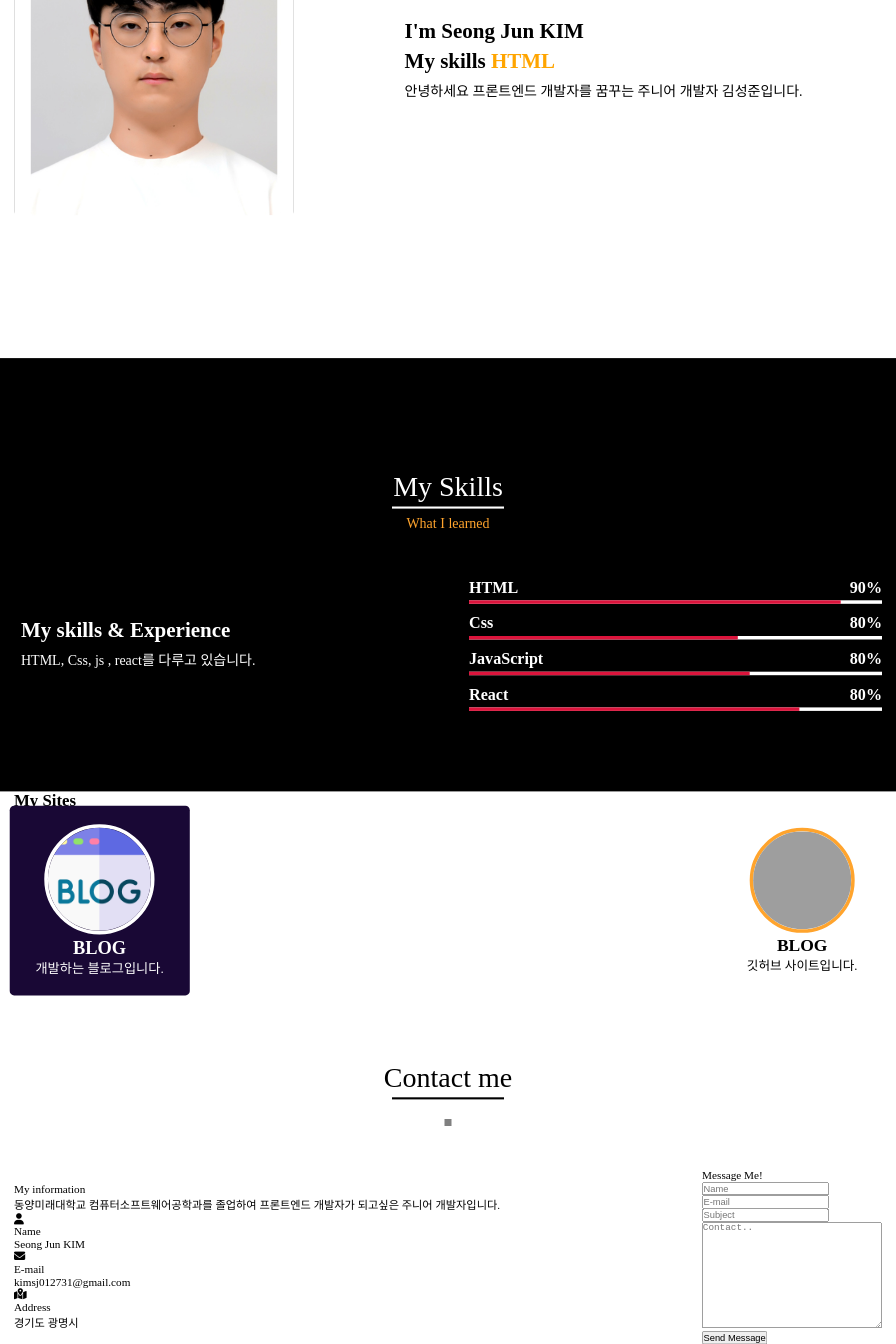
Repository: jun01270/jun
Page: index.html
The author's editor kept a copy of each file at every save. The page is drawn from the files as they stood at one save, then again after the next save.
The browser window is 1280 px wide. The pictures show the part of the page from y = 1172 to 3092 px (the page is 3092 px tall), at 70% of full size.
The pointer rests on the first visible `.my-sites .my-sites-content .site`.
Pictures or frames that could not be fetched are drawn as grey boxes. Some web libraries are served in a nearby version.

Above is the page before, as saved 2023-05-10 17:06:42.

### index.html
<!DOCTYPE html>
<html lang="en">
  <head>
    <meta charset="UTF-8" />
    <meta http-equiv="X-UA-Compatible" content="IE=edge" />
    <meta name="viewport" content="width=device-width, initial-scale=1.0" />
    <link rel="stylesheet" href="./css/style.css" />
    <link rel="stylesheet" href="./css/home.css" />
    <link rel="stylesheet" href="./css/about.css" />
    <link rel="stylesheet" href="./css/skills.css" />
    <link rel="stylesheet" href="./css/mysites.css" />
    <link rel="stylesheet" href="./css/contact.css" />

    <script
      src="https://kit.fontawesome.com/252eac6dbf.js"
      crossorigin="anonymous"
    ></script>
    <title>Jun's site</title>
  </head>
  <body>
    <nav class="navbar">
      <div class="max-width">
        <div class="logo">
          <a href="#home">Jun's <span>Site</span></a>
        </div>
        <ul class="menu-bar">
          <li><a href="#home" class="menu-btn" id="homeID">Home</a></li>
          <li><a href="#about" class="menu-btn" id="homeID">About</a></li>
          <li><a href="#skills" class="menu-btn">Skills</a></li>
          <li><a href="#my-sites" class="menu-btn">My Sties</a></li>
          <li><a href="#contact" class="menu-btn">Contact</a></li>
        </ul>
      </div>
    </nav>

    <!--home섹션-->
    <section class="home" id="home">
      <div class="max-width">
        <div class="home-section">
          <div class="text-1">Hello! My Name is</div>
          <div class="text-2">Seong Jun KIM</div>
          <div class="text-3">My skills <span class="typing1">HTML</span></div>
        </div>
      </div>
    </section>

    <!--about섹션-->
    <section class="about" id="about">
      <div class="max-width">
        <h2 class="title">About</h2>
        <div class="about-content">
          <div class="left-column"><img src="./img/profile.jpg" /></div>
          <div class="right-column">
            <div class="about-text">I'm Seong Jun KIM</div>
            <div class="about-skills">
              My skills <span class="typing2">HTML</span>
            </div>
            <p>
              안녕하세요 프론트엔드 개발자를 꿈꾸는 주니어 개발자 김성준입니다.
            </p>
          </div>
        </div>
      </div>
    </section>

    <!--skills섹션-->
    <section class="skills" id="skills">
      <div class="max-width">
        <h2 class="title">My Skills</h2>
        <div class="skills-content">
          <div class="left-column">
            <div class="skills-text">
              <div class="sub-title">My skills & Experience</div>
              <p>HTML, Css, js , react를 다루고 있습니다.</p>
            </div>
          </div>
          <div class="right-column">
            <div class="bars">
              <div class="bars-content">
                <span>HTML</span>
                <span>90%</span>
              </div>
              <div class="line html"></div>
            </div>
            <div class="bars">
              <div class="bars-content">
                <span>Css</span>
                <span>80%</span>
              </div>
              <div class="line css"></div>
            </div>
            <div class="bars">
              <div class="bars-content">
                <span>JavaScript</span>
                <span>80%</span>
              </div>
              <div class="line js"></div>
            </div>
            <div class="bars">
              <div class="bars-content">
                <span>React</span>
                <span>80%</span>
              </div>
              <div class="line react"></div>
            </div>
          </div>
        </div>
      </div>
    </section>

    <!--My sties섹션-->
    <section class="my-sites">
      <div class="max-width">
        <h2 class="title">My Sites</h2>
        <div class="my-sites-content">
          <div class="left-column">
            <a href="https://web-jun.tistory.com/" target="_blank">
              <div class="site">
                <div class="site-images">
                  <img src="/img/blog.jpg" alt="" />
                  <div class="site-text">BLOG</div>
                  <p>개발하는 블로그입니다.</p>
                </div>
              </div>
            </a>
          </div>
          <div class="right-column">
            <a href="https://github.com/jun01270" target="_blank">
              <div class="site">
                <div class="site-images">
                  <img src="/img/github.jpg" alt="" />
                  <div class="site-text">BLOG</div>
                  <p>깃허브 사이트입니다.</p>
                </div>
              </div>
            </a>
          </div>
        </div>
      </div>
    </section>

    <!--Contact 섹션-->
    <section class="contact">
      <div class="max-width">
        <h2 class="title">Contact me</h2>
        <div class="contact-content">
          <div class="left-column">
            <div class="contact-text">My information</div>
            <p>
              동양미래대학교 컴퓨터소프트웨어공학과를 졸업하여 프론트엔드
              개발자가 되고싶은 주니어 개발자입니다.
            </p>
            <div class="icons-content">
              <i class="fas fa-user"></i>
              <div class="info">
                <div class="head">Name</div>
                <div class="tail">Seong Jun KIM</div>
              </div>
            </div>
            <div class="icons-content">
              <i class="fas fa-envelope"></i>
              <div class="info">
                <div class="head">E-mail</div>
                <div class="tail">kimsj012731@gmail.com</div>
              </div>
            </div>
            <div class="icons-content">
              <i class="fas fa-map-marked-alt"></i>
              <div class="info">
                <div class="head">Address</div>
                <div class="tail">경기도 광명시</div>
              </div>
            </div>
          </div>
          <div class="right-column">
            <div class="contact-text">Message Me!</div>
            <form action="#">
              <div class="fields">
                <div class="fields name">
                  <input type="text" placeholder="Name" />
                </div>
                <div class="fields Email">
                  <input type="email" placeholder="E-mail" />
                </div>
              </div>
              <div class="fields subject">
                <input type="text" placeholder="Subject" />
              </div>
              <div class="fields contact-area">
                <textarea
                  cols="30"
                  rows="10"
                  placeholder="Contact.. "
                  required
                ></textarea>
              </div>
              <div class="button">
                <button type="submit">Send Message</button>
              </div>
            </form>
          </div>
        </div>
      </div>
    </section>

    <!--Footer섹션-->
    <footer></footer>

    <!--JS섹션-->
  </body>
</html>

### css/style.css
@import url("https://fonts.googleapis.com/css2?family=Lora&display=swap");

* {
  margin: 0;
  padding: 0;
  box-sizing: border-box;
  text-decoration: none;
}

.home .about .skills .my-sites .contact {
  padding-top: 86px;
}

html {
  scroll-behavior: smooth;
}

.max-width {
  max-width: 1300px;
  padding: 0 20px;
  margin: auto;
}

.section {
  padding: 100px 0;
}

/* .about, .skills, .my-sites, .contact, .footer{
    //폰트삽입
} */

.about .title,
.skills .title,
.my-site .title,
.contact .title {
  position: relative;
  text-align: center;
  font-size: 40px;
  font-weight: 500;
  margin: 30px 0 100px 0;
  padding-bottom: 8px;
}

.about .title::before,
.skills .title::before,
.my-site .title::before,
.contact .title::before {
  content: "";
  position: absolute;
  bottom: 0px;
  left: 50%;
  width: 160px;
  height: 3px;
  background-color: black;
  transform: translateX(-50%);
}

.title::after {
  content: "";
  position: absolute;
  bottom: -38px;
  left: 50%;
  font-size: 20px;
  color: rgb(255, 164, 45);
  padding: 5px;
  background-color: gray;
  transform: translateX(-50%);
}

.about .about-content,
.skills .skills-content,
.my-sites .my-sites-content,
.contact .contact-content {
  display: flex;
  align-items: center;
  flex-wrap: wrap;
  justify-content: space-between;
}

.navbar {
  position: relative;
  width: 100%;
  padding: 20px 0;
  z-index: 999;
  transition: all 0.3s ease;
  background-color: burlywood;
}

.navbar .max-width {
  display: flex;
  align-items: center;
  justify-content: space-between;
}

.navbar .logo {
  font-size: 30px;
  font-weight: 600;
  margin-left: 20px;
  color: black;
}

.navbar .logo a {
  color: white;
  text-decoration: none;
}

.navbar .logo a span {
  color: orange;
  transition: all 0.3s ease;
}

.navbar .menu-bar li {
  list-style: none;
  margin: 5px 20px 0 0;
  display: inline-block;
}

.navbar .menu-bar li a {
  display: block;
  text-decoration: none;
  font-size: 20px;
  font-weight: 500;
  margin-left: 15px;
  transition: all 0.3s ease;
}

.menu-bar li:hover {
  background-color: orange;
  border-radius: 3px;
}

.navbar.sticky {
  padding: 20px 0;
  background-color: black;
}

.navbar.sticky .logo a span {
  color: white;
}

.navbar.sticky .menu-bar li a:hover {
  color: white;
}

.navbar .menu-btn {
  color: white;
  font-size: 25px;
  display: none;
  cursor: pointer;
}

@media screen and (max-width: 700px) {
  .navbar {
    flex-direction: column;
    align-items: flex-start;
    margin: 0;
  }

  .menu-bar {
    flex-direction: column;
    align-items: center;
    width: 100%;
  }

  .menu-bar li {
    width: 100%;
    text-align: center;
  }
}

### css/home.css
.home {
  display: flex;
  height: 100vh;
  min-height: 500px;
  color: white;
  background: url("../img/back.jpg") no-repeat center;
  background-size: cover;
}

.home .max-width {
  margin: auto 0 auto 40px;
}

.home .home-section .text1 {
  font-size: 30px;
}

.home .home-section .text2 {
  font-size: 75px;
  font-weight: 600;
}

.home .home-section .text-3 {
  font-size: 40px;
}

.home .home-section .text-3 span {
  color: orange;
  font-weight: 500;
}

### css/about.css
.about {
  padding: 100px 0;
  transition: all 0.3s ease;
}

.about .title::after {
  content: "Who I am";
  background-color: white;
}

.about .about-content {
  margin-bottom: 100px;
}

.about .about-content .left-column {
  width: 45%;
}

.about .about-content .left-column img {
  height: 400px;
  width: 400px;
  object-fit: cover;
  border-radius: 6px;
}

.about .about-content .right-column {
  width: 55%;
  margin-bottom: 50px;
}

.about .about-content .right-column .about-text,
.about .about-content .right-column .about-skills {
  font-size: 30px;
  font-weight: 600;
  margin-bottom: 10px;
}

.about .about-content .right-column .about-skills span {
  color: orange;
}

.about .about-content .right-column P {
  text-align: justify;
  font-size: 20px;
}

### css/skills.css
.skills {
  padding: 100px 0;
  transition: all 0.3s ease;
}

.skills .title {
  padding-top: 30px;
}

.skills .title::before {
  background-color: white;
}

.skills .title::after {
  content: "What I learned";
  background-color: black;
}

.skills {
  color: white;
  background-color: black;
  padding-bottom: 100px;
}

.skills .sub-title {
  font-size: 30px;
  font-weight: 600;
  padding-bottom: 10px;
}

.skills .skills-content .left-column,
.skills .skills-content .right-column {
  width: calc(50% - 30px);
}

.skills .skills-content .left-column .skills-text {
  font-size: 23px;
  font-weight: 300;
  margin: 0 0 20px 10px;
  text-align: justify;
}

.skills .skills-content .left-column p {
  font-size: 20px;
}

.skills .skills-content .right-column .bars {
  margin-bottom: 15px;
}

.skills .skills-content .right-column .bars-content {
  display: flex;
  margin-bottom: 5px;
  align-items: center;
  justify-content: space-between;
}

.skills .skills-content span {
  font-size: 23px;
  font-weight: 600;
}

.skills .skills-content .right-column .line {
  height: 5px;
  background-color: white;
  width: 100%;
  position: relative;
}

.skills .skills-content .right-column .line::before {
  content: "";
  position: absolute;
  height: 100%;
  left: 0;
  top: 0;
  background-color: crimson;
}

.skills .skills-content .right-column .html::before {
  width: 90%;
}

.skills .skills-content .right-column .css::before {
  width: 65%;
}

.skills .skills-content .right-column .js::before {
  width: 68%;
}

.skills .skills-content .right-column .react::before {
  width: 80%;
}

### css/mysites.css
.my-sites {
  padding: 100xp 0;
  transition: all 0.3s ease;
}

.my-sites .title::after {
  content: "What Is My Site ";
}

.my-sites .my-sites-content {
  margin-bottom: 100px;
}

.my-sites .my-sites-content .left {
  width: 32%;
}

.my-sites .my-sites-content .center {
  width: 32%;
}

.my-sites .my-sites-content .right {
  width: 32%;
}

.my-sites .my-sites-content a {
  display: flex;
  text-align: center;
  color: black;
}

.my-sites .my-sites-content a,
.my-sites .my-sites-content a:visited,
.my-sites .my-sites-content a:active,
.my-sites .my-sites-content a:hover {
  text-decoration: none;
}

.my-sites .my-sites-content .site {
  background-color: white;
  border-radius: 6px;
  padding: 25px 35px;
  transition: all 0.3s ease;
}

.my-sites .my-sites-content .site img {
  height: 150px;
  width: 150px;
  object-fit: cover;
  border-radius: 50%;
  border: 5px solid rgb(255, 164, 45);
  transition: all 0.3 ease;
}

.my-sites .my-sites-content .site-text {
  font-size: 25px;
  font-weight: 600;
}

.my-sites .my-sites-content p {
  font-size: 18px;
  text-align: justify;
}

.my-sites .my-sites-content .site:hover {
  background-color: rgb(25, 8, 53);
  color: white;
  transform: scale(1.05);
}

.my-sites .my-sites-content .site:hover img {
  border-color: white;
}

Loaded but not shown: css/contact.css (no stored copy; drawn as an empty file)

After the next save:
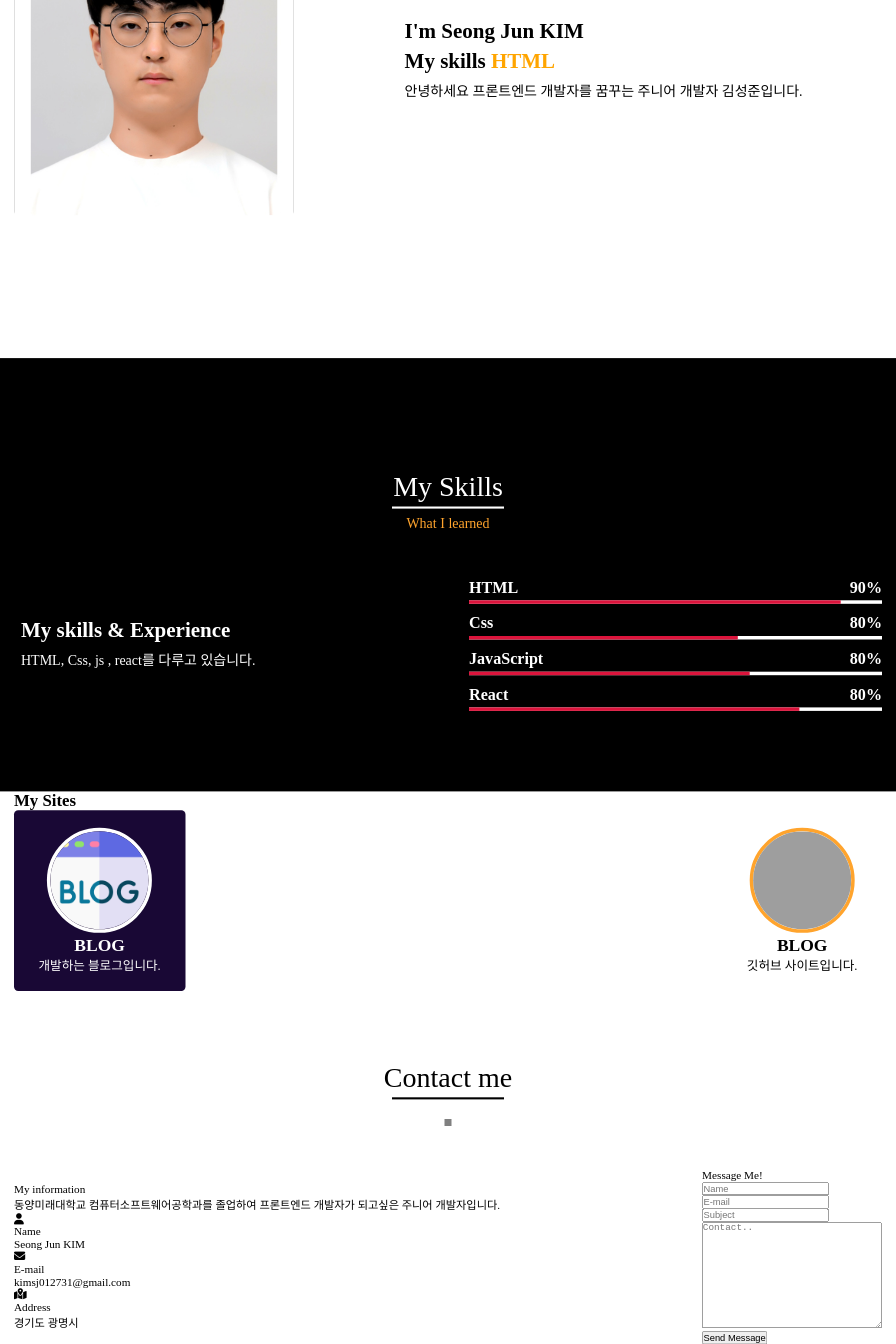
Saved 37 s later.
--- a/css/mysites.css
+++ b/css/mysites.css
@@ -65,7 +65,6 @@
 .my-sites .my-sites-content .site:hover {
   background-color: rgb(25, 8, 53);
   color: white;
-  transform: scale(1.05);
 }
 
 .my-sites .my-sites-content .site:hover img {

After the save that followed:
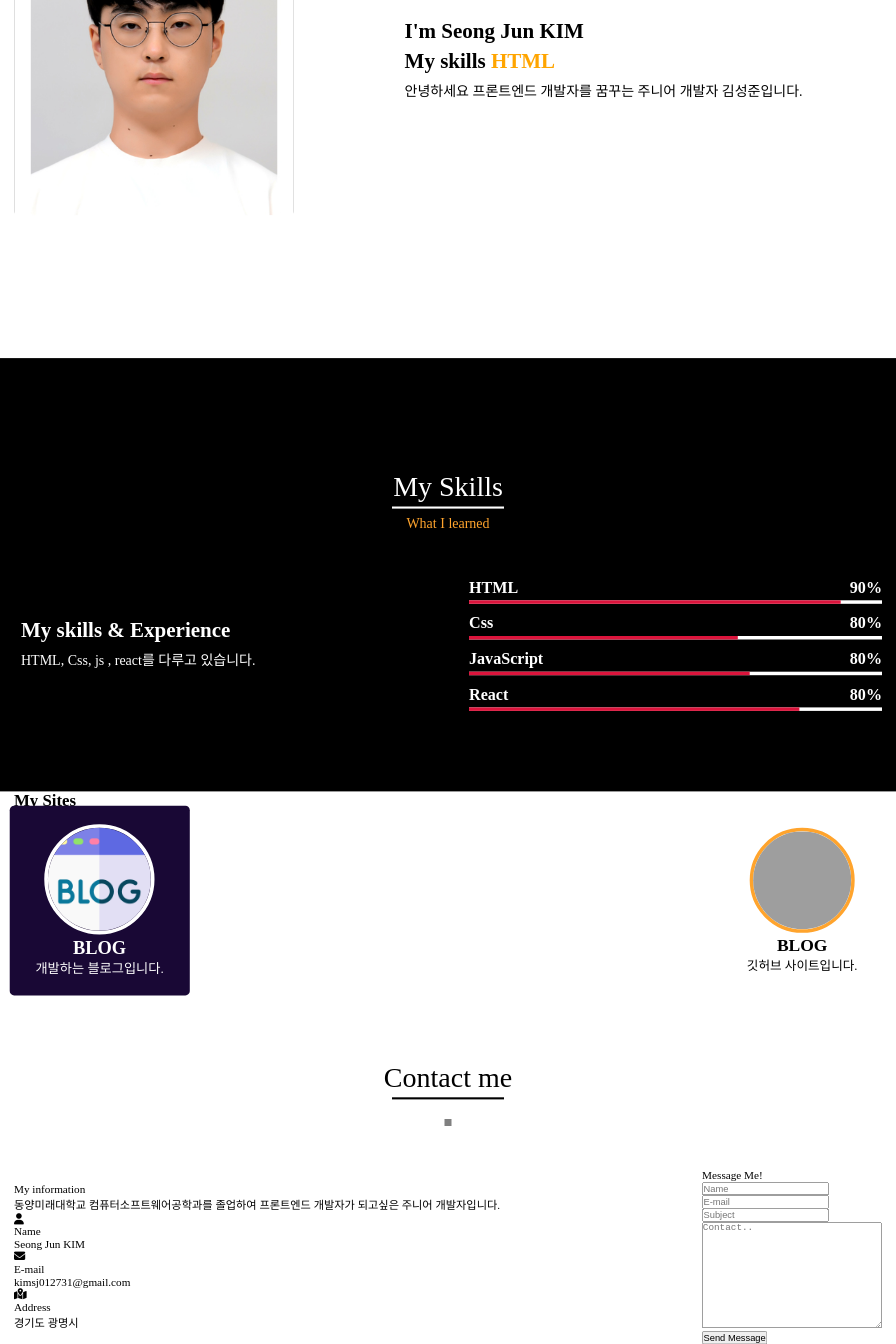
Saved 7 s later.
--- a/css/mysites.css
+++ b/css/mysites.css
@@ -65,6 +65,7 @@
 .my-sites .my-sites-content .site:hover {
   background-color: rgb(25, 8, 53);
   color: white;
+  transform: scale(1.05);
 }
 
 .my-sites .my-sites-content .site:hover img {
